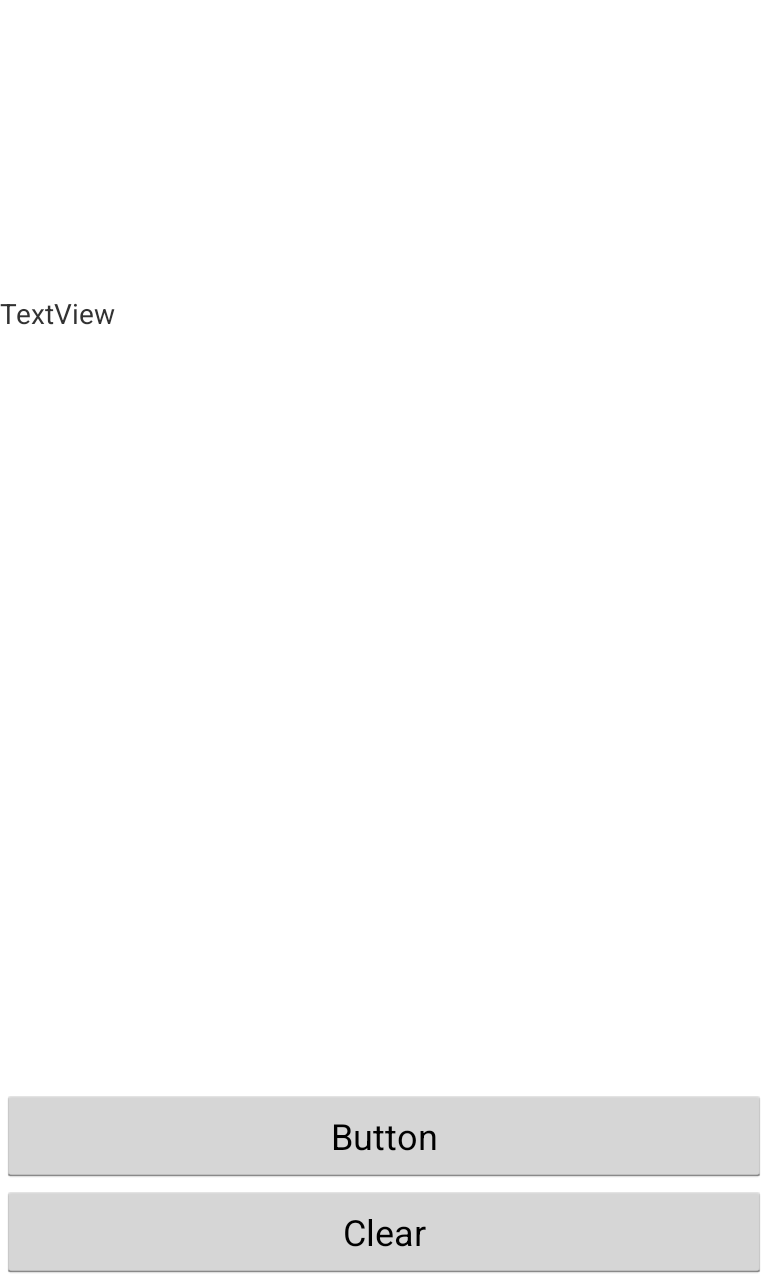
Repository: phedavkar/android_class
Layout: Counter2/res/layout/main.xml
An editor plug-in stored every save of this project. The layout is shown before and after the next save, followed by the edit.
It is drawn on a 768 x 1280 px phone screen (xhdpi) without system bars, with theme AppTheme; the app's code is not run.

Above is the layout before, as saved 2014-04-08 19:09:17.

### Counter2/res/layout/main.xml
<?xml version="1.0" encoding="utf-8"?>
<RelativeLayout xmlns:android="http://schemas.android.com/apk/res/android"
    android:layout_width="match_parent"
    android:layout_height="match_parent" >

    <Button
        android:id="@+id/clear"
        android:layout_width="fill_parent"
        android:layout_height="wrap_content"
        android:layout_alignParentBottom="true"
        android:layout_centerHorizontal="true"
        android:text="@string/clearName" />

    <Button
        android:id="@+id/increment"
        android:layout_width="fill_parent"
        android:layout_height="wrap_content"
        android:layout_above="@+id/clear"
        android:text="Button" />

    <TextView
        android:id="@+id/textView1"
        android:layout_width="wrap_content"
        android:layout_height="wrap_content"
        android:layout_alignParentTop="true"
        android:layout_alignRight="@+id/button2"
        android:layout_marginTop="147dp"
        android:text="TextView" />

</RelativeLayout>

### Counter2/res/values/strings.xml
<resources>

    <string name="app_name">Counter2</string>
    <string name="clearName">Clear</string>

</resources>

Loaded but not shown: Counter2/res/values/styles.xml (common file); Counter2/res/values-v11/styles.xml (common file); Counter2/res/values-v14/styles.xml (common file)

After the next save:
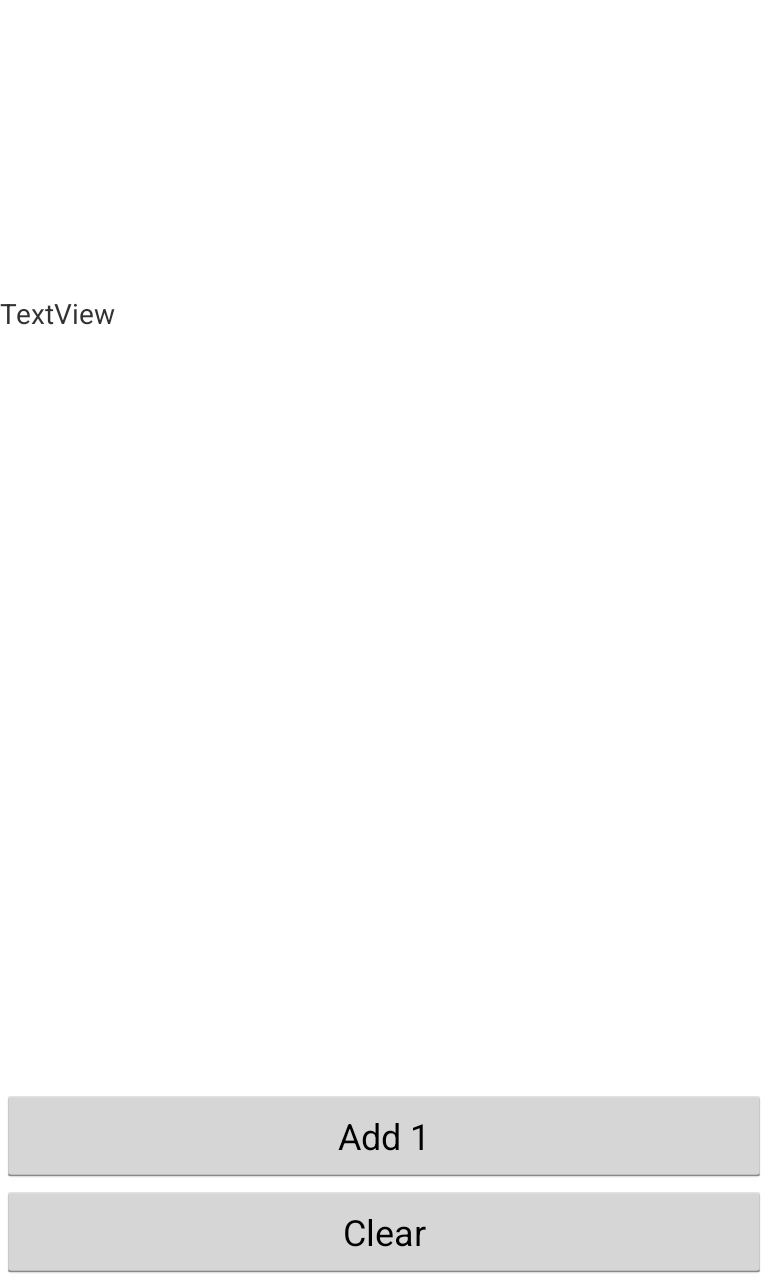
Saved 15 s later.
--- a/Counter2/res/layout/main.xml
+++ b/Counter2/res/layout/main.xml
@@ -16,7 +16,7 @@
         android:layout_width="fill_parent"
         android:layout_height="wrap_content"
         android:layout_above="@+id/clear"
-        android:text="Button" />
+        android:text="Add 1" />
 
     <TextView
         android:id="@+id/textView1"
